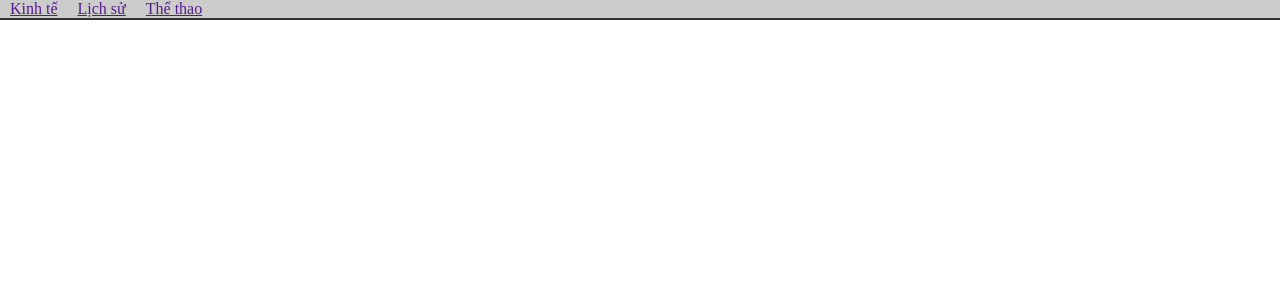
Repository: Ngoc28/HTML-CSS
Page: index.html
An editor plug-in stored every save of this project. The page is shown before and after the next save, followed by the edit.
The browser window is 1280 px wide. The pictures show the whole page.

Above is the page before, as saved 2023-08-05 16:27:07.

After the next save:
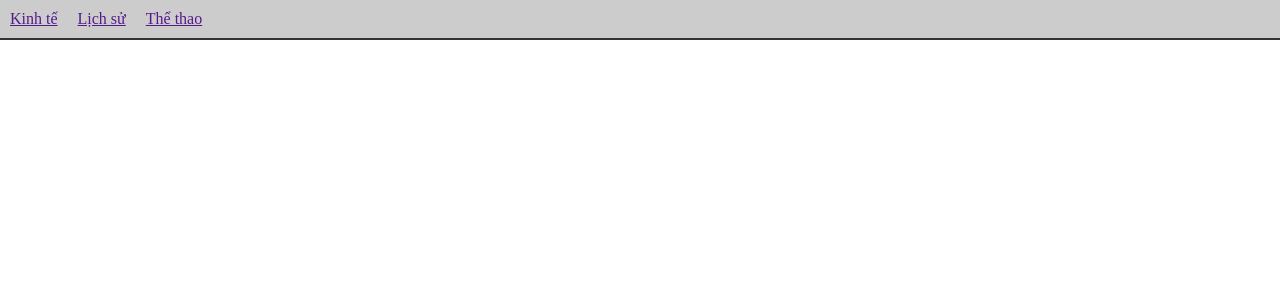
Saved 12 s later.
--- a/style.css
+++ b/style.css
@@ -16,10 +16,10 @@
 
 .link .item {
     display: block;
+    padding: 10px;
 }
 
 .link .item a {
-    padding: 10px;
 }
 
 .nav-link {
